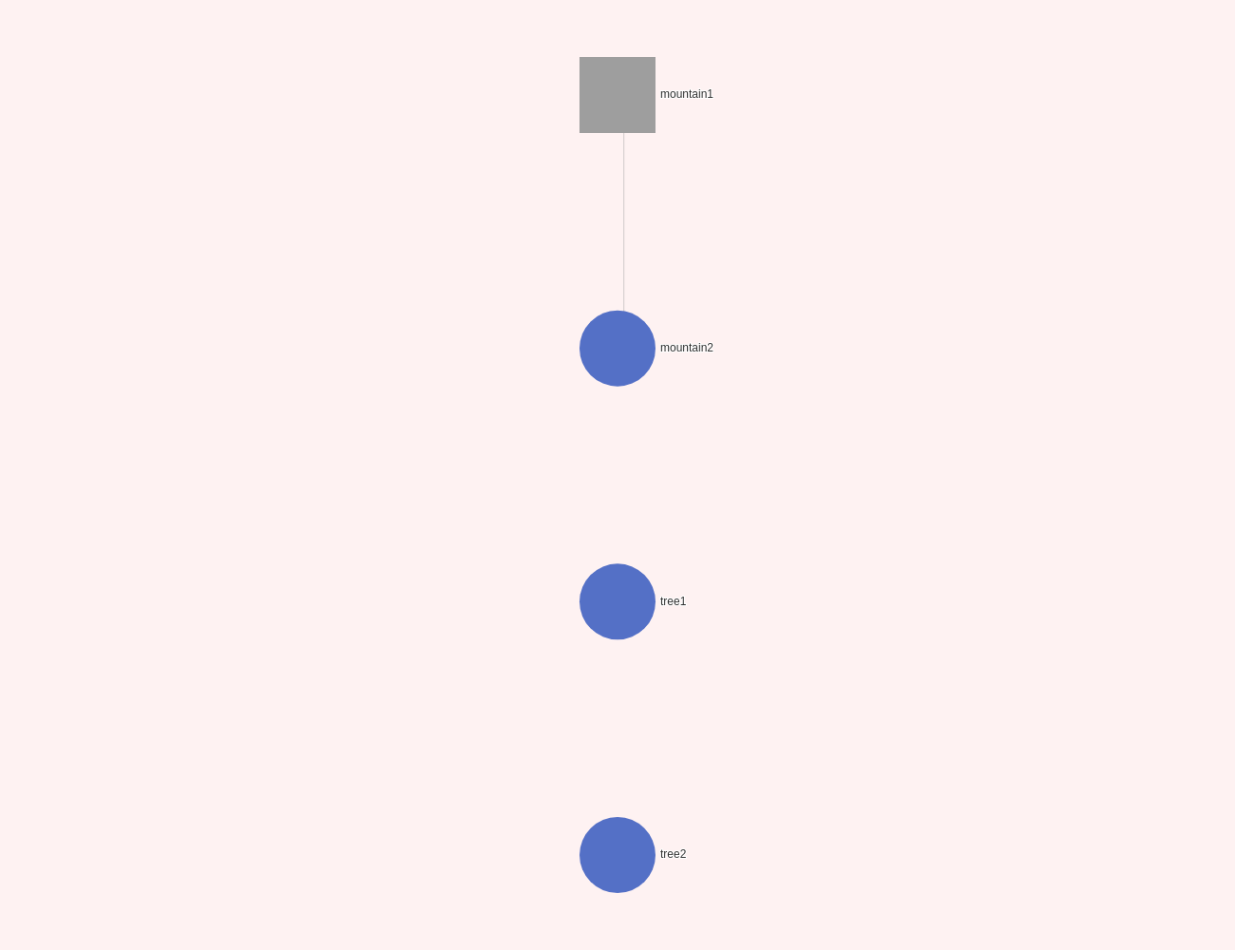
Repository: gaosth/Eyesee
Page: /link
An editor plug-in stored every save of this project. The page is shown before and after the next save, followed by the edit.
The browser window is 1280 px wide. The page is 1300 px wide, so the pictures cover 1300 px, including what lies to the right of the window. The pictures show the whole page, at 95% of full size.
The project was rebuilt for these pictures with package versions that can differ from the ones it lists, and the page was loaded fresh each time. Also part of the build but not shown: vite.config.js, src/components/WelcomeItem.vue, src/components/icons/IconDocumentation.vue, src/components/icons/IconTooling.vue, src/components/icons/IconEcosystem.vue, src/components/icons/IconCommunity.vue, src/components/icons/IconSupport.vue, src/components/TheWelcome.vue and 16 more.

Above is the page before, as saved 2024-03-19 15:33:08.

After the next save:
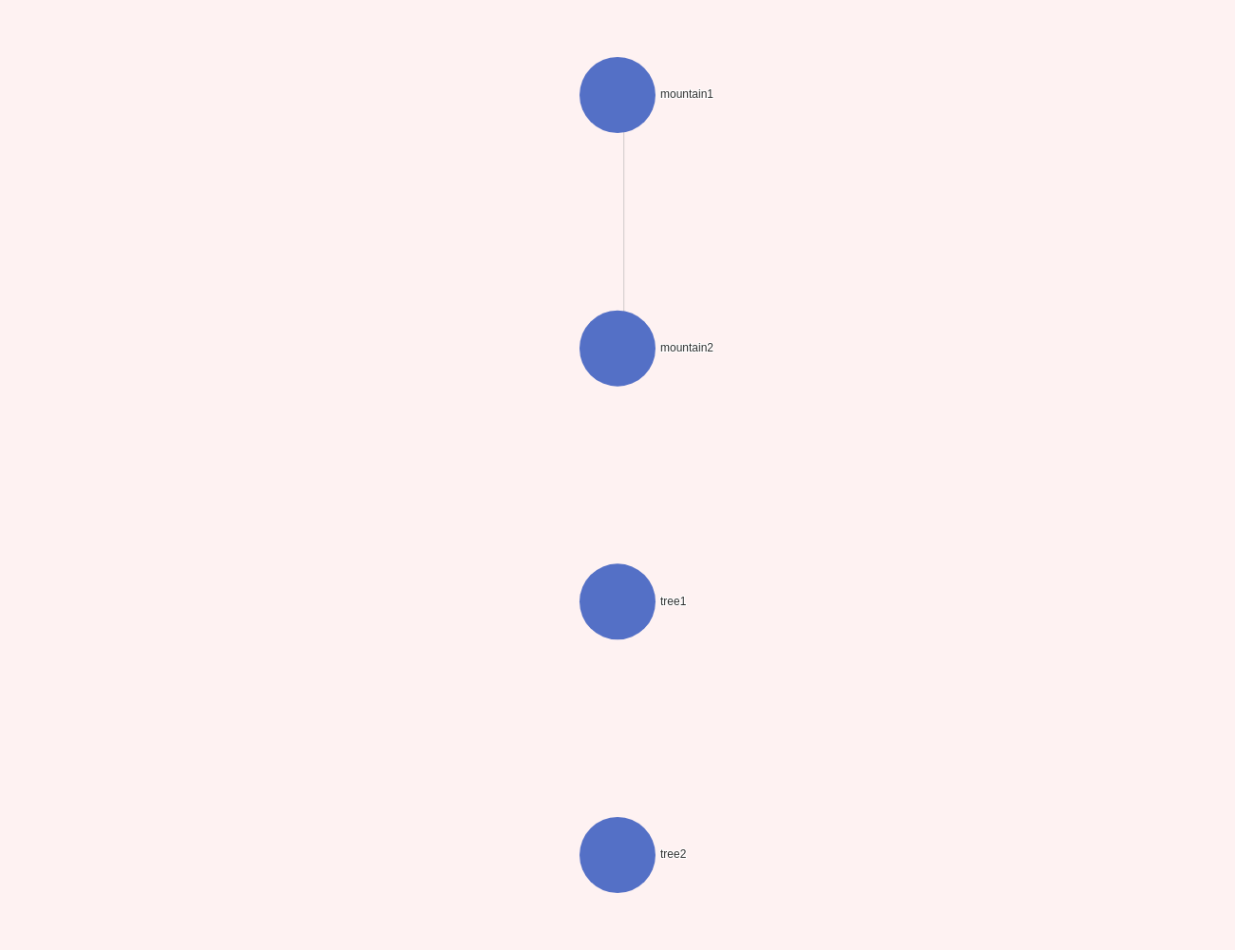
Saved 9 s later.
--- a/src/components/imgLink.vue
+++ b/src/components/imgLink.vue
@@ -20,7 +20,7 @@
                 id: '0',
                 name: 'mountain1',
                 symbolSize: 80,
-                symbol: 'image://mt1',
+                //symbol: 'image://mt1',
                 x: 100,
                 y: 100
 

After the save that followed:
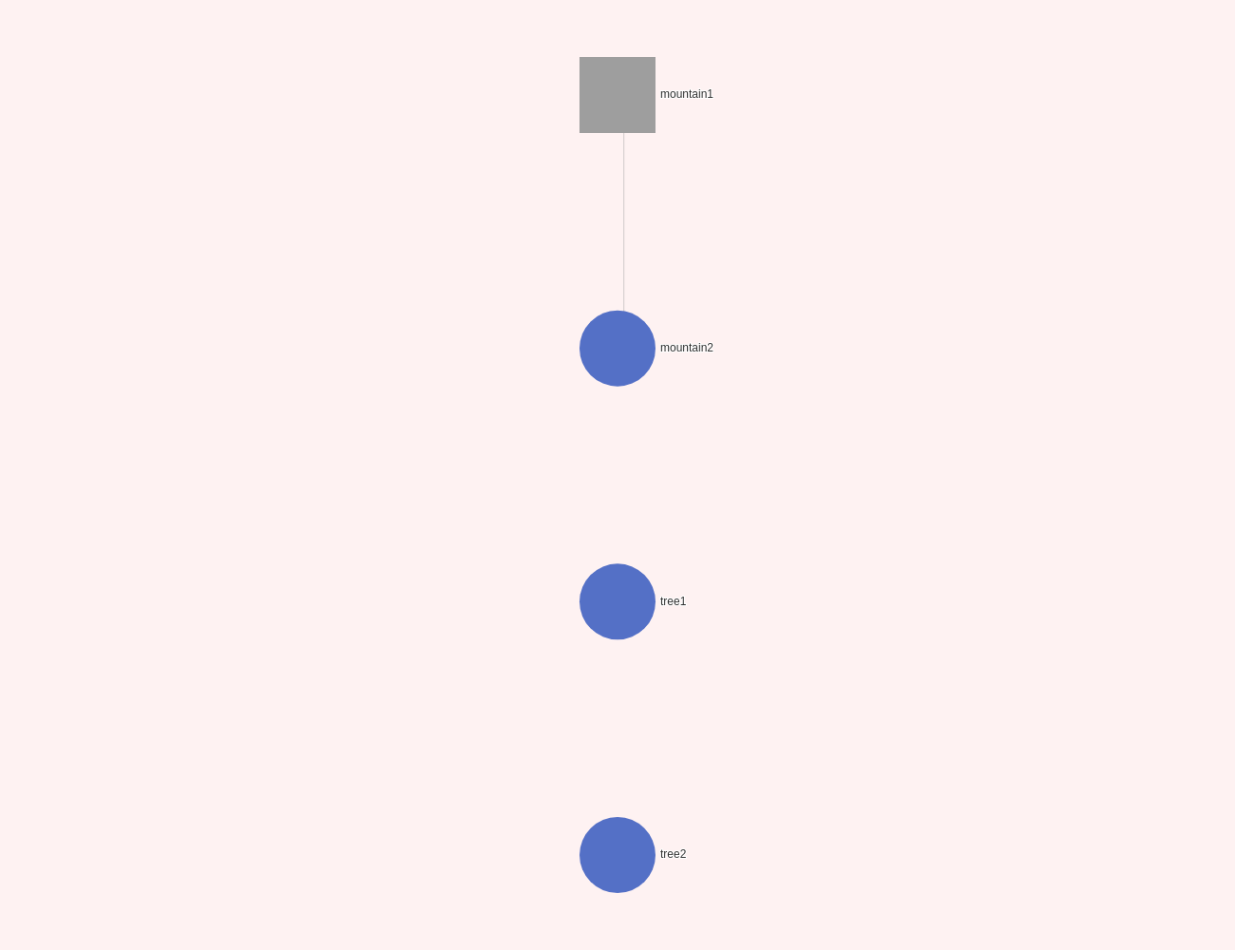
Saved 24 s later.
--- a/src/components/imgLink.vue
+++ b/src/components/imgLink.vue
@@ -20,7 +20,7 @@
                 id: '0',
                 name: 'mountain1',
                 symbolSize: 80,
-                //symbol: 'image://mt1',
+                symbol: 'image://mt1',
                 x: 100,
                 y: 100
 
